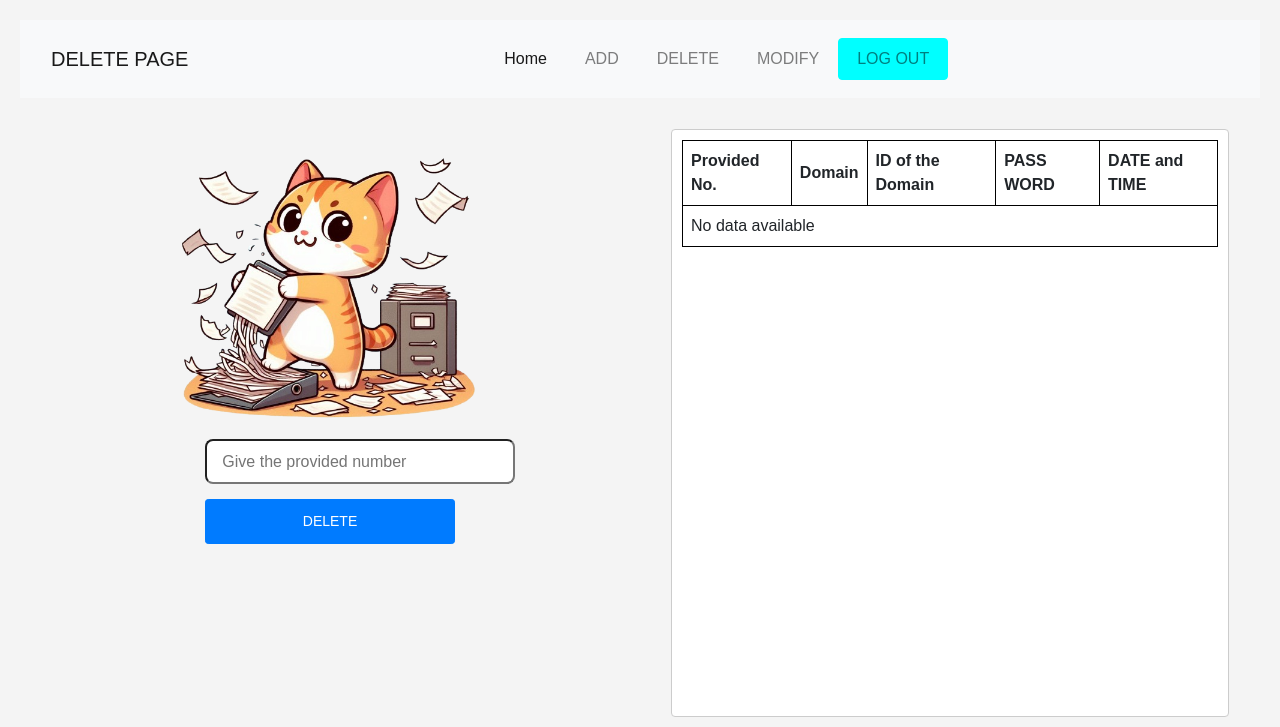
Repository: wizzy-abhishek/Projects
Page: http://localhost/Iam_Doing/Delete.jsp
These files come from the project's save history. The page is drawn as it stood at one moment and after the next save; the edit follows.
The browser window is 1280 px wide. The pictures show the whole page.
Some web libraries are served in a nearby version. The page is served by Tomcat 10. Nobody is signed in. The application's start-up code is not run. Other server files are loaded and not shown.

Above is the page before, as saved 2024-06-28 22:36:22.

### Iam_Doing/src/main/webapp/Delete.jsp
<%@ page language="java" contentType="text/html; charset=UTF-8"
    pageEncoding="UTF-8"%>
<%@ page import="java.util.List" %>
<%@ page import="com.pojo.RealInfo" %>
<%@ page import="java.util.ArrayList" %>

<!DOCTYPE html>
<html lang="en">
<head>
    <meta charset="UTF-8">
    <meta name="viewport" content="width=device-width, initial-scale=1.0">
    <link href="https://stackpath.bootstrapcdn.com/bootstrap/4.5.2/css/bootstrap.min.css" rel="stylesheet">
    <link rel="stylesheet" href="GeneralDegine.css">
    <title>DELETE</title>
    <link href="WEBSITE_LOGO.png" rel="icon" type="image/x-icon">

</head>
<body>
<%response.setHeader("Cache-Control", "no-cache , no-store , must-revalidate");
	response.setHeader("Pragma", "no-cache");
%>
<nav class="navbar navbar-expand-lg navbar-light bg-light w-100">
  <div class="container-fluid">
    <a class="navbar-brand">DELETE PAGE</a>
    <div class="collapse navbar-collapse" id="navbarNav">
      <ul class="navbar-nav mx-auto">
        <li class="nav-item">
          <form action="LoggedIn" method="post">
            <button type="submit" class="btn nav-link active" aria-current="page">Home</button>
          </form>
        </li>
        <li class="nav-item">
          <form action="Add_Details" method="post">
            <button type="submit" class="btn nav-link">ADD</button>
          </form>
        </li>
        <li class="nav-item">
          <form action="Deleted" method="post">
            <button type="submit" class="btn nav-link">DELETE</button>
          </form>
        </li>
        <li class="nav-item">
          <form action="Modifying" method="post">
            <button type="submit" class="btn nav-link">MODIFY</button>
          </form>
        </li>
        <li class="nav-item">
          <form action="Logout" method="post">
            <button type="submit" class="btn nav-link logout-btn">LOG OUT</button>
          </form>
        </li>
      </ul>
    </div>
  </div>
</nav>

<div class="left-column">
    <div class="header text-center">
    <img src="Delete.png" alt="Website Logo" height="300" width="300" >
    </div>


    <form action="Deleted" method="post">
        <div class="form-group">
            <input type="text" name="Provided_number" placeholder=" &nbsp Give the provided number " required style="width: 310px; height: 45px; margin: 10px auto;">
        </div>
        <div class="form-group">
            <button type="submit" class="btn btn-primary btn-sm"  style="width: 250px; height: 45px; margin: 0 auto;">DELETE</button>
        </div>
    </form>
</div>
<hr>

<div class="right-column">
    <div class="scrollable-table">
        <table>
            <thead>
                <tr>
                    <th>Provided No.</th>
                    <th>Domain</th>
                    <th>ID of the Domain</th>
                    <th>PASS WORD</th>
                    <th>DATE and TIME</th>
                </tr>
            </thead>
            <tbody id="table-body">
                <%
                    List<RealInfo> realInfoList = (List<RealInfo>) session.getAttribute("realInfoList");
                    if (realInfoList != null) {
                        int providedNo = 1;
                        for (RealInfo info : realInfoList) {
                            %>
                            <tr>
                                <td><%= info.getId() %></td>
                                <td><%= info.getDomain() %></td>
                                <td><%= info.getUserID() %></td>
                                <td><%= info.getPassword() %></td>
                                <td><%= info.getAddDate() %></td>
                            </tr>
                            <%
                        }
                    } else {
                        %>
                        <tr>
                            <td colspan="5">No data available</td>
                        </tr>
                        <%
                    }
                %>
            </tbody>
        </table>
    </div>
</div>

<script src="https://code.jquery.com/jquery-3.5.1.slim.min.js"></script>
<script src="https://cdn.jsdelivr.net/npm/@popperjs/core@2.5.4/dist/umd/popper.min.js"></script>
<script src="https://stackpath.bootstrapcdn.com/bootstrap/4.5.2/js/bootstrap.min.js"></script>
</body>
</html>

### Iam_Doing/src/main/webapp/GeneralDegine.css
@charset "UTF-8";
 body {
            font-family: 'Arial', sans-serif;
            margin: 0;
            padding: 20px;
            display: flex;
            justify-content: center;
            align-items: flex-start;
            flex-wrap: wrap;
            height: 100vh;
            background-color: #f4f4f4;
        }

        .left-column, .right-column {
            width: 45%;
            margin: 2.5%;
        }

        .scrollable-table {
            overflow-y: auto;
            height: calc(90vh - 60px);
            border: 1px solid #ccc;
            border-radius: 4px;
            padding: 10px;
            background-color: #fff;
            margin-bottom: 10px;
        }

        table {
            width: 100%;
            border-collapse: collapse;
        }

        table, th, td {
            border: 1px solid black;
        }

        th, td {
            padding: 8px;
            text-align: left;
        }

        form input, form button {
            display: block;
            width: 100%;
            margin-bottom: 10px;
            border-radius: 8px;
            margin-down: 10px;
            margin-right: 20px;
            margin-top: 10px;
        }

        .form-group {
            width: 250px;
            height: 60px;
            margin: 0 auto;
        }

        .header text-center {
            width: 300px;
            height: 300px;
            margin: 15px auto;
            background-color: #ddd;
            border: 1px solid #ccc;
            display: flex;
            justify-content: center;
            align-items: center;
            font-size: 14px;
            color: #777;
        }

        .logout-btn {
            background-color: cyan !important;
            border-color: cyan !important;
        }

        @media (max-width: 768px) {
            .left-column, .right-column {
                width: 100%;
                order: 1;
            }

            .scrollable-table {
                height: auto;
            }
        }

After the next save:
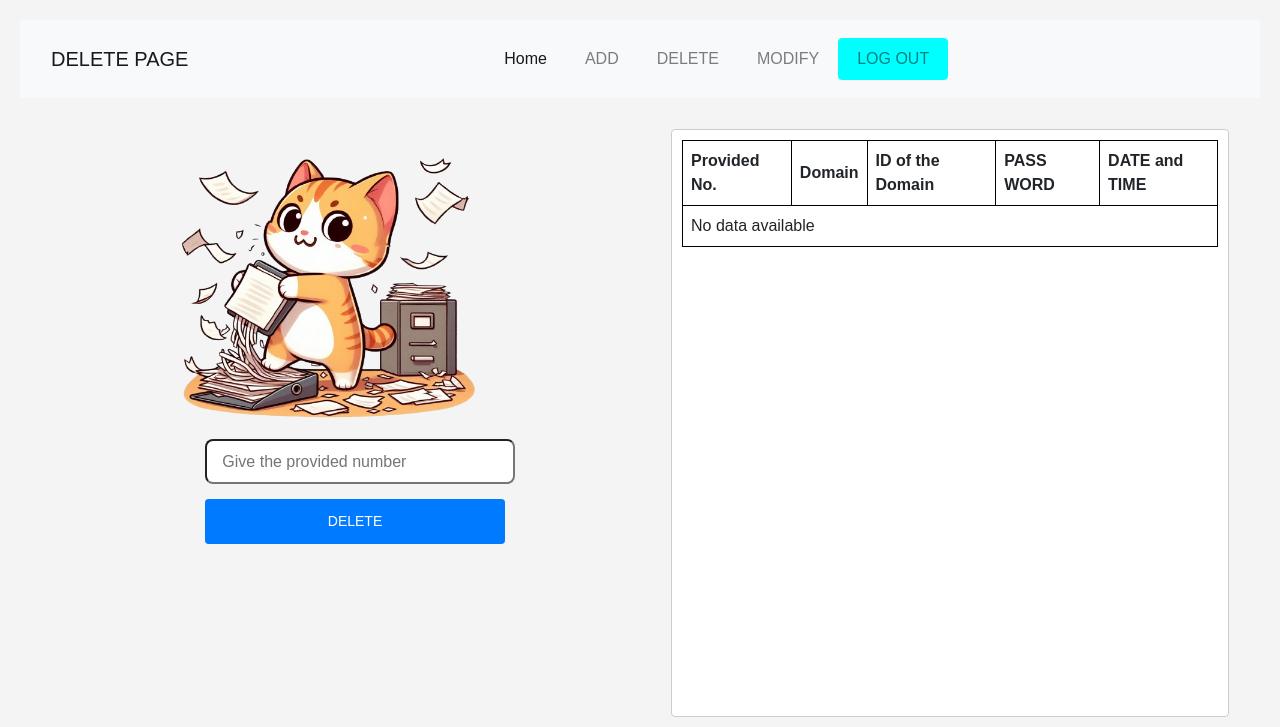
Saved 34 s later.
--- a/Iam_Doing/src/main/webapp/Delete.jsp
+++ b/Iam_Doing/src/main/webapp/Delete.jsp
@@ -65,7 +65,7 @@
             <input type="text" name="Provided_number" placeholder=" &nbsp Give the provided number " required style="width: 310px; height: 45px; margin: 10px auto;">
         </div>
         <div class="form-group">
-            <button type="submit" class="btn btn-primary btn-sm"  style="width: 250px; height: 45px; margin: 0 auto;">DELETE</button>
+            <button type="submit" class="btn btn-primary btn-sm"  style="width: 300px; height: 45px; margin: 0 auto;">DELETE</button>
         </div>
     </form>
 </div>
